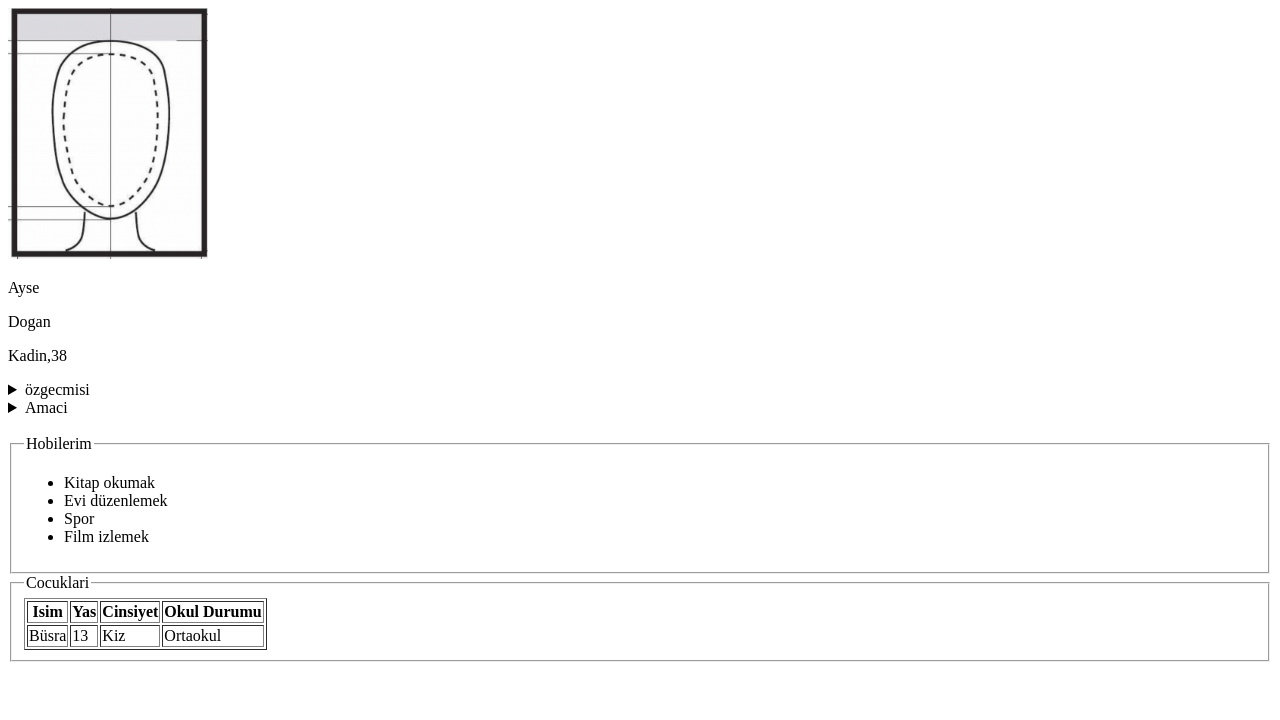
Repository: aysedo/html
Page: Week_2/profile/index.html
An editor plug-in stored every save of this project. The page is shown before and after the next save, followed by the edit.
The browser window is 1280 px wide. The pictures show the whole page.

Above is the page before, as saved 2021-08-25 23:31:45.

After the next save:
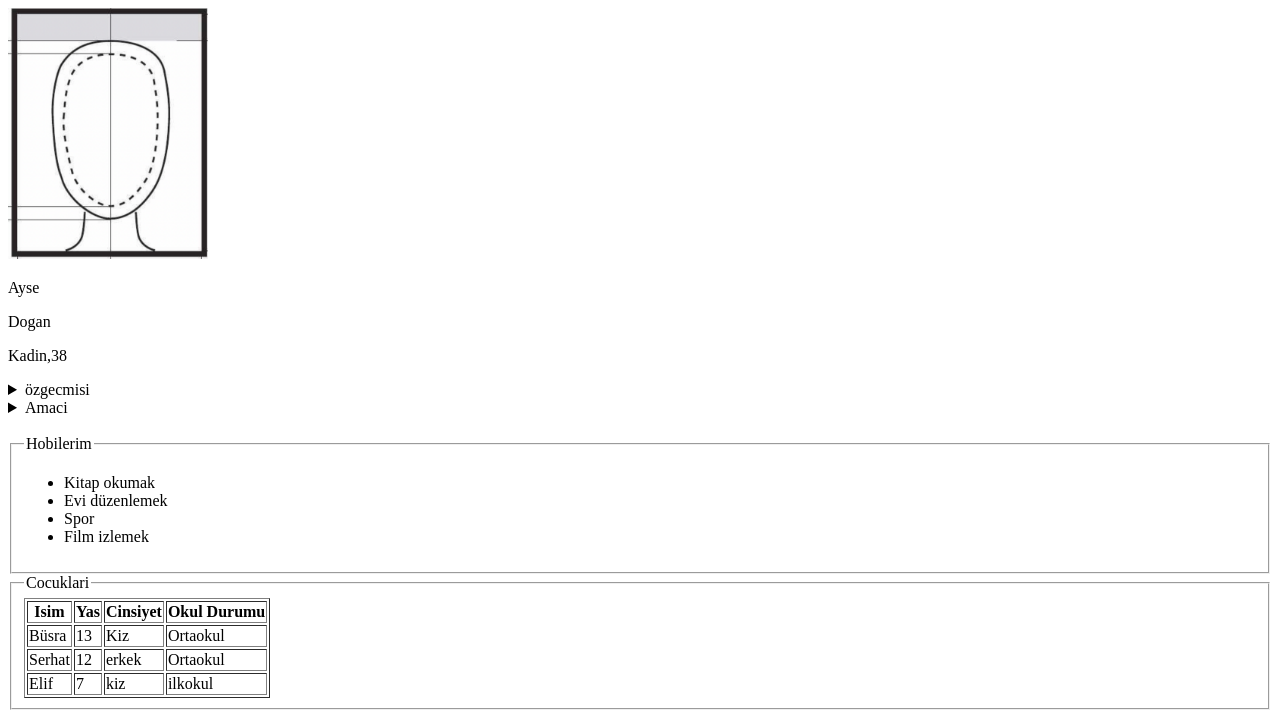
Saved 7 min 2 s later.
--- a/Week_2/profile/index.html
+++ b/Week_2/profile/index.html
@@ -52,6 +52,18 @@
                     <td>Kiz</td>
                     <td>Ortaokul</td>
                   </tr>
+                  <tr>
+                    <td> Serhat </td>
+                    <td> 12 </td>
+                    <td> erkek </td>
+                    <td> Ortaokul</td>
+                  </tr>
+                  <tr>
+                    <td> Elif </td>
+                    <td> 7 </td>
+                    <td> kiz </td>
+                    <td> ilkokul </td>
+                  </tr>
                 </table>
               </fieldset>
 
